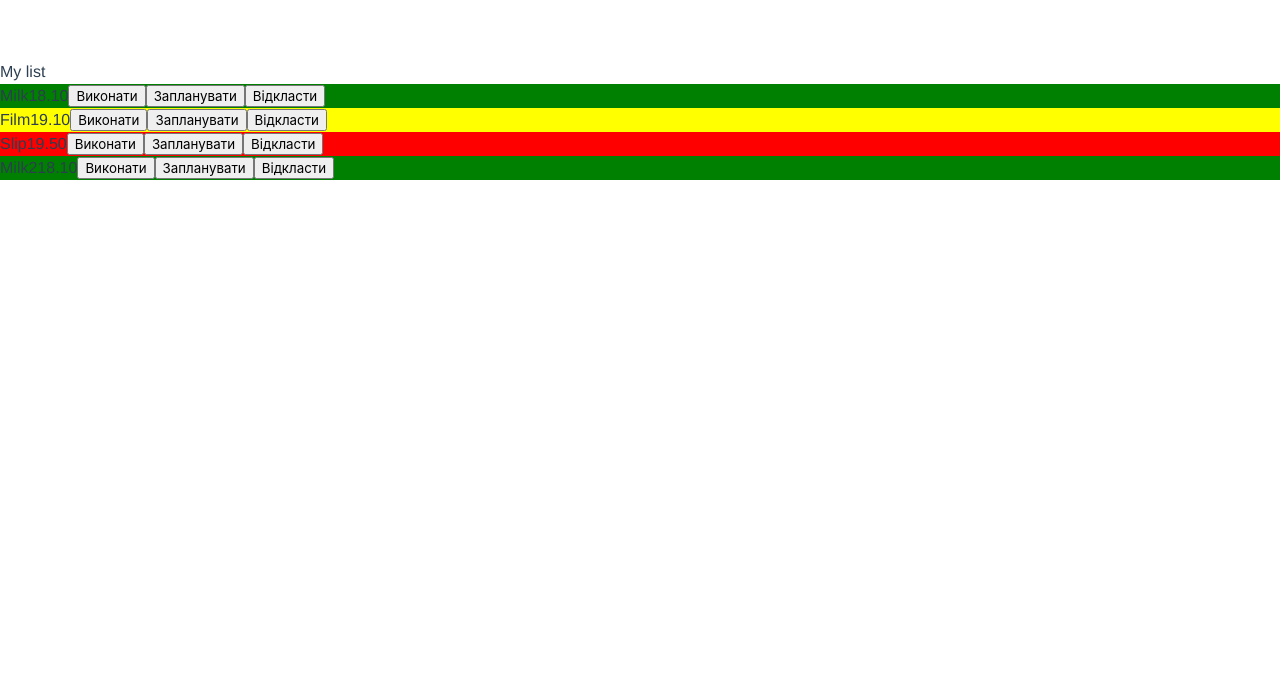
Repository: Olegche/sushi
Page: /
An editor plug-in stored every save of this project. The page is shown before and after the next save, followed by the edit.
The browser window is 1280 px wide. The pictures show the whole page.
The project was rebuilt for these pictures with package versions that can differ from the ones it lists, and the page was loaded fresh each time.

Above is the page before, as saved 2020-10-12 09:56:41.

After the next save:
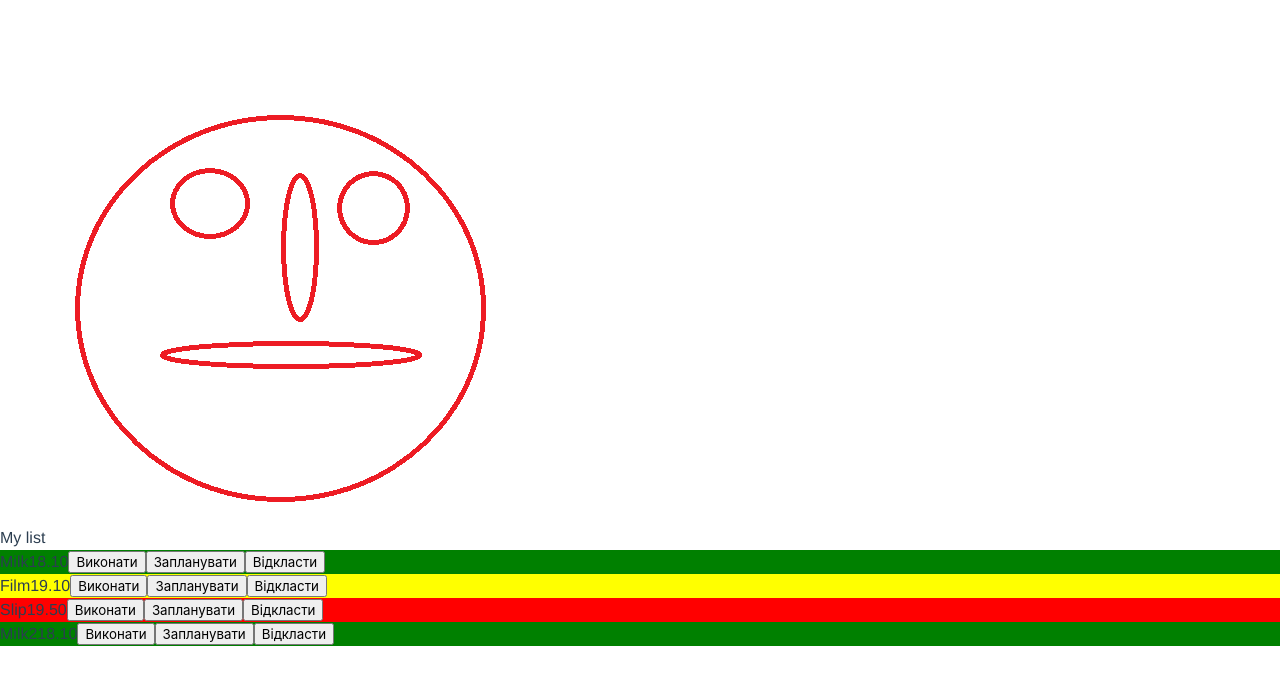
Saved 22 s later.
--- a/src/components/TodoList/index.vue
+++ b/src/components/TodoList/index.vue
@@ -1,6 +1,6 @@
 <template>
     <div>
-
+<img :src="imm" alt="">
         <div>{{title}}</div>
         <div>
             <todo-item v-for="taskItem in tasksList" :key="taskItem.id"
